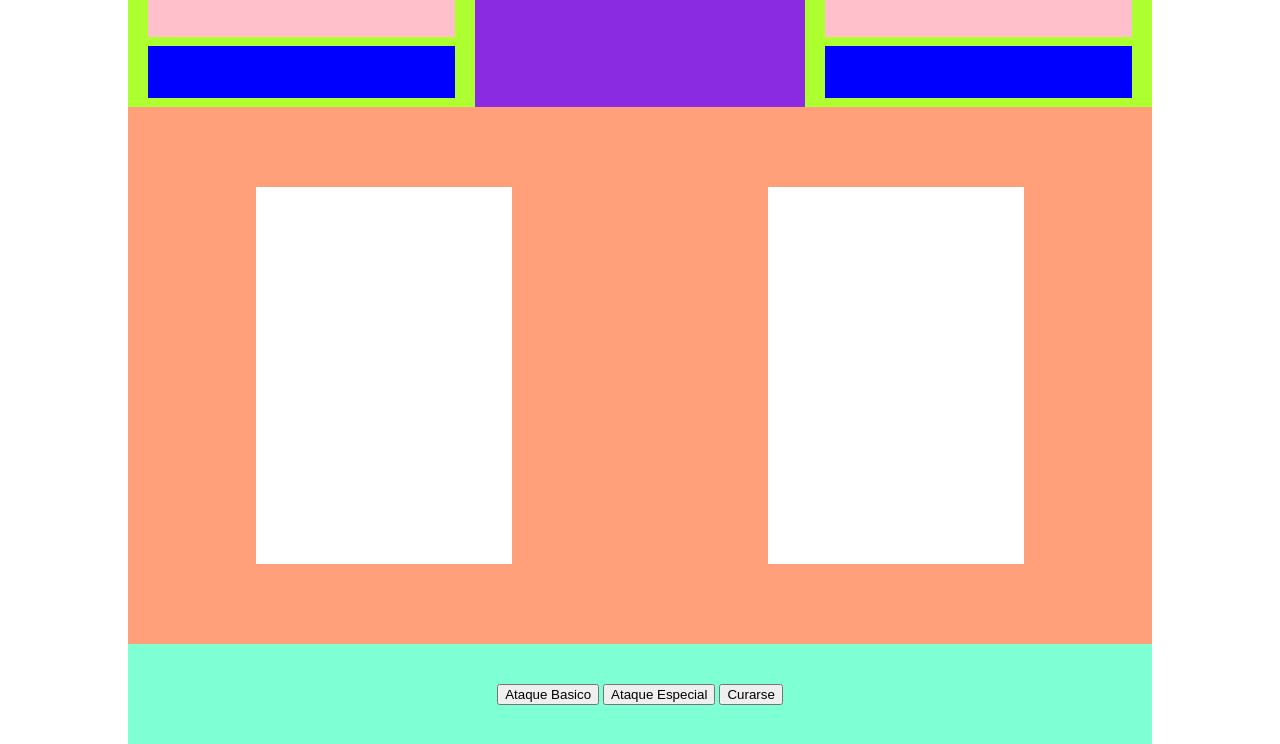
Repository: NovaDuel/novaduel-game
Page: index.html
These files come from the project's save history. The page is drawn as it stood at one moment and after the next save; the edit follows.
The browser window is 1280 px wide. The pictures show the whole page.

Above is the page before, as saved 2024-03-25 12:50:32.

### index.html
<!DOCTYPE html>
<html lang="en">
<head>
    <meta charset="UTF-8">
    <meta name="viewport" content="width=device-width, initial-scale=1.0">
    <link rel="stylesheet" href="style.css">
    <script src="main.js" defer></script>
    <title>NovaDuel</title>
</head>
<body>
    <div id="main-container">
        <div id="status">
            <div class="bars-wrapper">
                <div id="health-player" class="health"></div>
                <div id="stamina-player" class="stamina"></div>
            </div>
            <div class="bars-wrapper">
                <div id="health-enemy" class="health"></div>
                <div id="stamina-enemy" class="stamina"></div>
            </div>
        </div>
        <div id="characters">
            <div id="player" class="pj"></div>
            <div id="enemy" class="pj"></div>
        </div>
        <div id="actions">
            <div id="buttons">
                <button id="basic-attack">Ataque Basico</button>
                <button id="special-attack">Ataque Especial</button>
                <button id="heal-action">Curarse</button>
            </div>
        </div>
    </div>
</body>
</html>

### style.css
body {
    margin: 0;
    padding: 0;
    height: 100vh;
    display: flex;
    align-items: center;
    justify-content: center;
}

#main-container {
    width: 1024px;
    height: 768px;
    background-color: aquamarine;
}

#status {
    display: flex;
    justify-content: space-between;
    width: 100%;
    height: 17%;
    background-color:blueviolet
}

.bars-wrapper {
    display: flex;
    flex-direction: column;
    justify-content: space-evenly;
    align-items: left;
    width: 30%;
    height: 100%;
    padding: 0 20px;
    background-color: greenyellow;
}

.health {
    width: 100%;
    height: 40%;
    background-color: pink;
}

.stamina {
    width: 100%;
    height: 40%;
    background-color: blue
}

#characters {
    display: flex;
    align-items: center;
    justify-content: space-around;
    width: 100%;
    height: 70%;
    background-color: lightsalmon;
}

.pj {
    height: 70%;
    width: 25%;
    background-color: white;
}

#actions {
    height: 13%;
    display: flex;
    align-items: center;
    justify-content: center;
}

### main.js
const $$ = selector => document.querySelector(selector);

function Player (health, stamina, strength) {
    this.health = health;
    this.stamina = stamina;
    this.strength = strength;
    this.attackPlayer = function() {
        return this.strength;
    },
    this.specialAttackPlayer = function() {
        if (this.stamina >= 10) {
            this.stamina -= 10;
            return this.strength + 10 * Math.round(Math.random() * 3);
        }
    },
    this.receiveDamage = function(damage) {
        this.health -= damage;
    }
    this.healing = function() {
        if (this.stamina >= 20) {
            this.stamina -= 20;
            this.health += 50;
        }
    }
}


function Enemy (health, stamina, strength) {
    this.health = health;
    this.stamina = stamina;
    this.strength = strength;
    this.attackEnemy = function() {
        return this.strength;
    },
    this.specialAttackEnemy = function() {
        if (this.stamina >= 10) {
            this.stamina -= 10;
            return this.strength + 10 * Math.round(Math.random() * 3);
        }
    },
    this.receiveDamage = function (damage) {
        this.health -= damage;
    },
    this.healing = function() {
        if (this.stamina >= 20) {
            this.stamina -= 20;
            this.health += 50;
        }
    }
}

function Game() {

}

let player = new Player(100, 100, 20);
let enemy = new Enemy(100, 100, 18);

let actionsArray = ['attack', 'special', 'heal'],
    randomAction = Math.floor(Math.random() * 3);

function actionsEnemy(action) {
    switch(action) {
        case 0:
            let enemyStrength = enemy.attackEnemy();
            player.receiveDamage(enemyStrength);
            $$("#health-player").style.width = `${player.health}%`;
            break;
        case 1:
            let specialEnemyStrength = enemy.specialAttackEnemy();
            player.receiveDamage(specialEnemyStrength);
            $$("#health-player").style.width = `${player.health}%`;
            $$("#stamina-enemy").style.width = `${enemy.stamina}%`;
            break;
        case 2:
            enemy.healing();
            $$("#stamina-enemy").style.width = `${enemy.stamina}%`;
            break;
    }
}


$$('#basic-attack').addEventListener('click', function() {
    let playerStrength = player.attackPlayer();
    enemy.receiveDamage(playerStrength);
    $$("#health-enemy").style.width = `${enemy.health}%`;
    setTimeout(actionsEnemy, 500, randomAction);
})
$$('#special-attack').addEventListener('click', function() {
    let playerStrength = player.specialAttackPlayer();
    enemy.receiveDamage(playerStrength);
    $$("#health-enemy").style.width = `${enemy.health}%`;
    $$("#stamina-player").style.width = `${player.stamina}%`;
    setTimeout(actionsEnemy, 500, randomAction);
})
$$('#heal-action').addEventListener('click', function() {
    player.healing();
    $$("#stamina-player").style.width = `${player.stamina}%`;
    setTimeout(actionsEnemy, 500, randomAction);
})

After the next save:
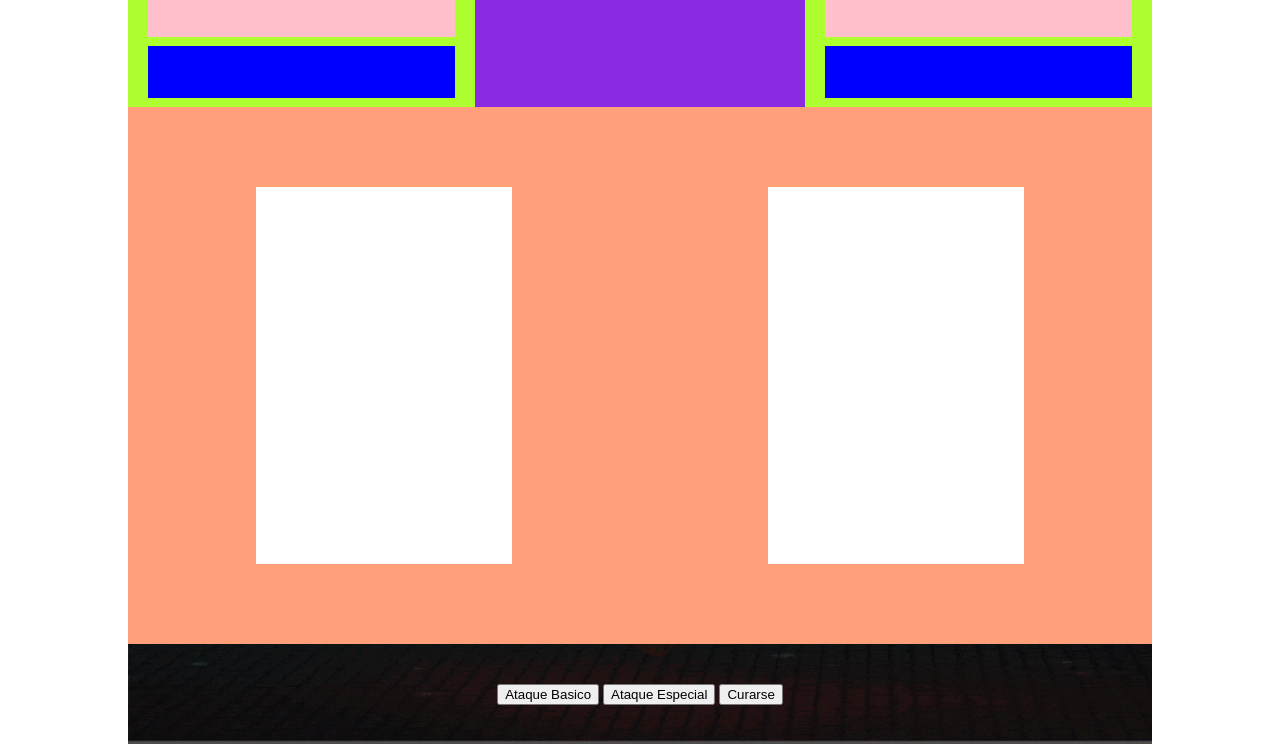
Saved 4 min 39 s later.
--- a/style.css
+++ b/style.css
@@ -10,7 +10,8 @@ body {
 #main-container {
     width: 1024px;
     height: 768px;
-    background-color: aquamarine;
+    background-size: cover;
+    background-image: url(./images/scenario.gif);
 }
 
 #status {
